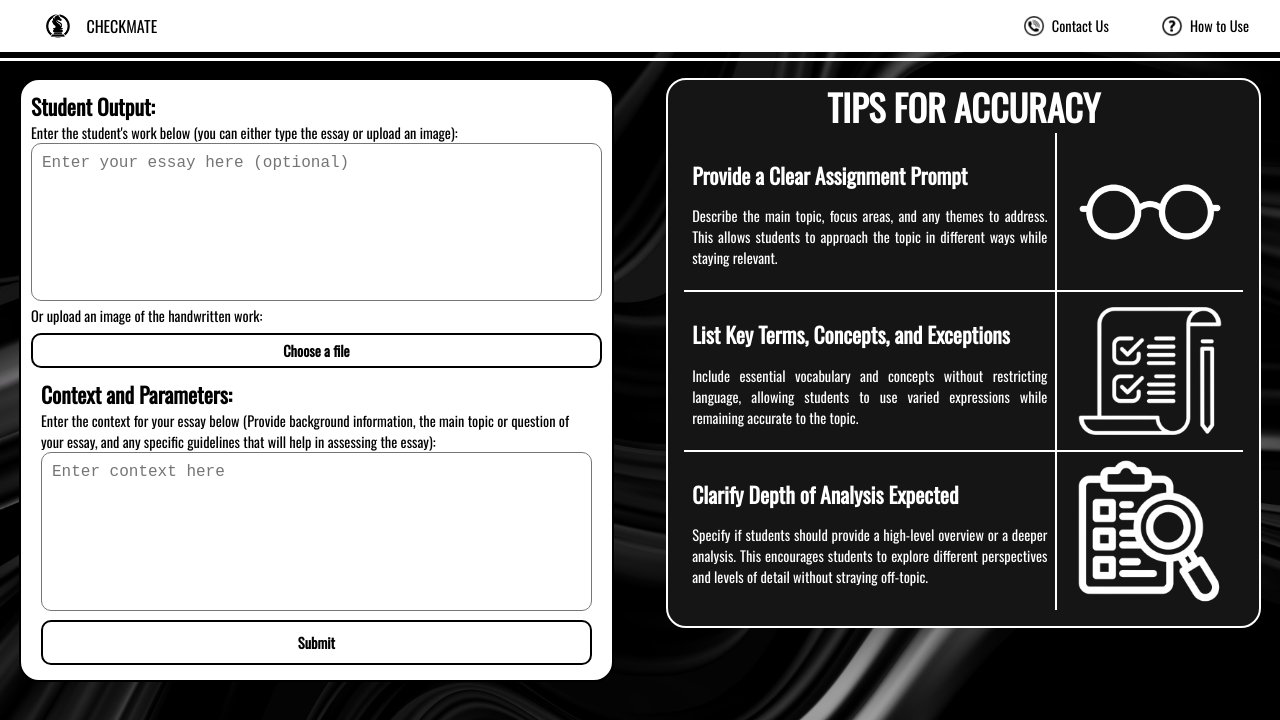
Repository: iiTzXyZ11/CheckMateAI
Page: http://localhost/scan
An editor plug-in stored every save of this project. The page is shown before and after the next save, followed by the edit.
The browser window is 1280 px wide. The pictures show the whole page.
The page is served by the project's application, run on Flask 3 (app.py).

Above is the page before, as saved 2025-01-30 22:20:59.

After the next save:
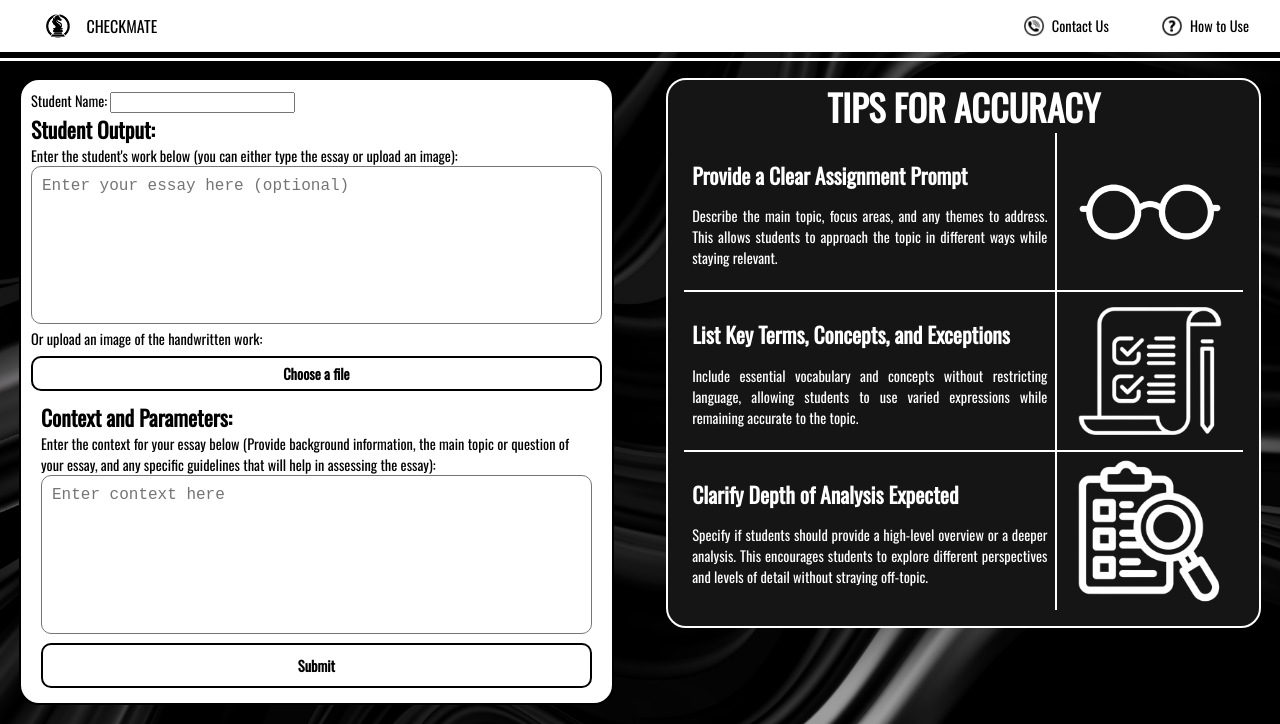
Saved 5 min 38 s later.
--- a/templates/index.html
+++ b/templates/index.html
@@ -41,6 +41,9 @@
 
             <div class="container">
                 <div class="box">
+                    <form method="POST" enctype="multipart/form-data">
+                        <label for="student_name">Student Name:</label>
+                        <input type="text" id="student_name" name="student_name" required>
                     <h2>Student Output:</h2>
                     <form action="{{ url_for('index') }}" method="POST" enctype="multipart/form-data">
                         <p>Enter the student's work below (you can either type the essay or upload an image):</p>

After the save that followed:
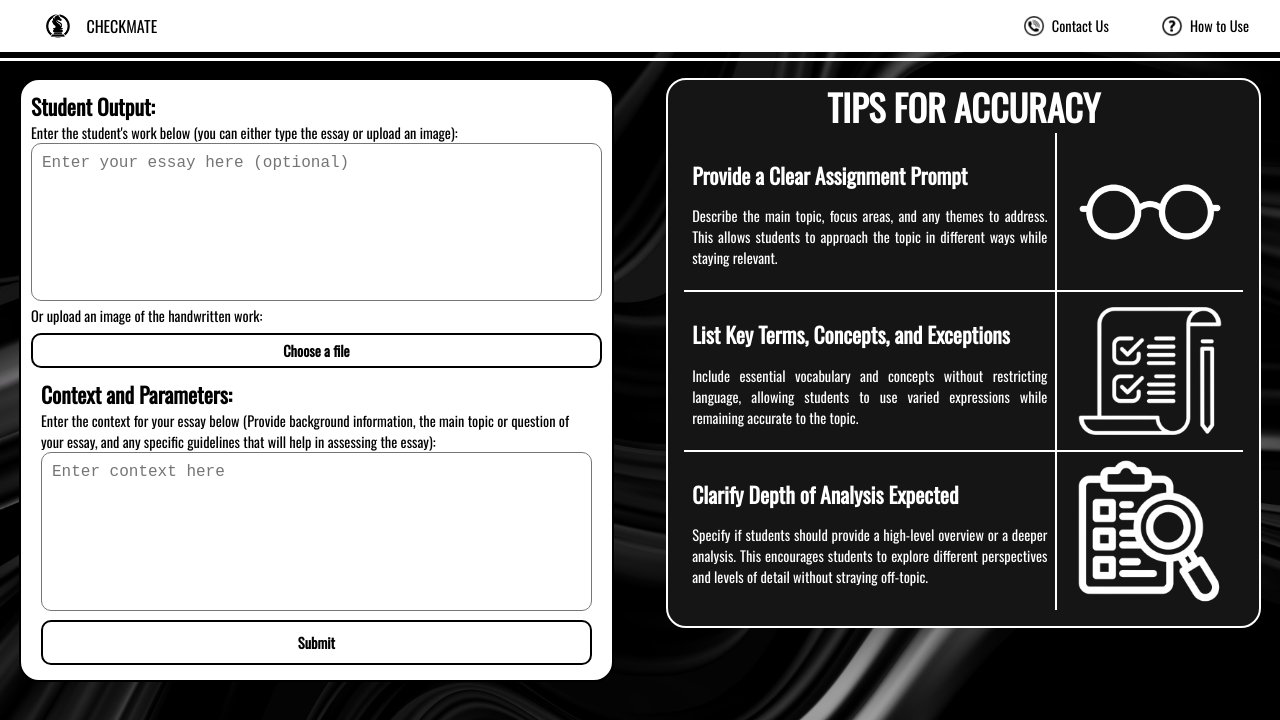
Saved 8 s later.
--- a/templates/index.html
+++ b/templates/index.html
@@ -41,9 +41,7 @@
 
             <div class="container">
                 <div class="box">
-                    <form method="POST" enctype="multipart/form-data">
-                        <label for="student_name">Student Name:</label>
-                        <input type="text" id="student_name" name="student_name" required>
+
                     <h2>Student Output:</h2>
                     <form action="{{ url_for('index') }}" method="POST" enctype="multipart/form-data">
                         <p>Enter the student's work below (you can either type the essay or upload an image):</p>
